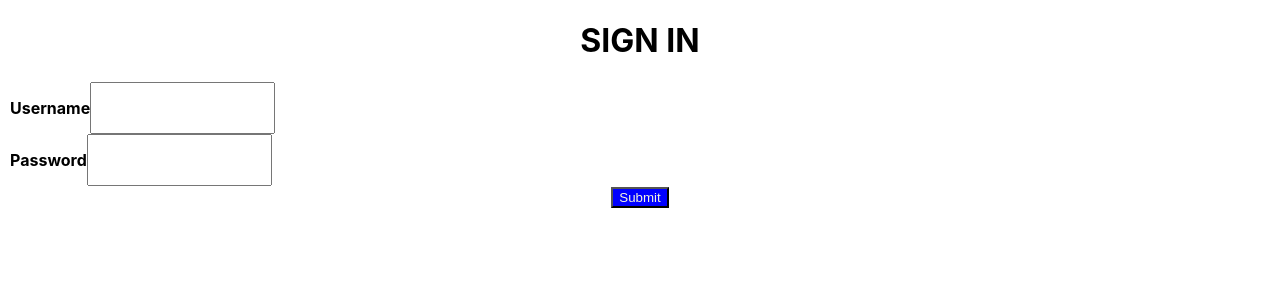
Repository: PreetiToppo/networking
Page: /
An editor plug-in stored every save of this project. The page is shown before and after the next save, followed by the edit.
The browser window is 1280 px wide. The pictures show the whole page.
The project was rebuilt for these pictures with package versions that can differ from the ones it lists, and the page was loaded fresh each time.

Above is the page before, as saved 2023-01-21 19:43:34.

After the next save:
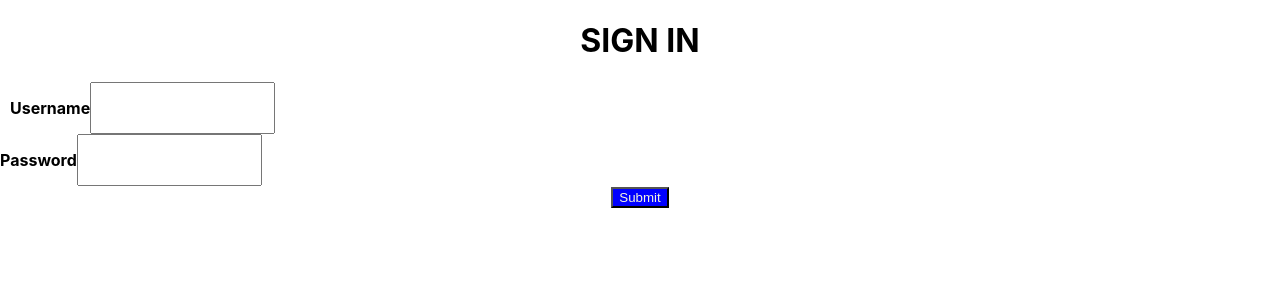
Saved 54 s later.
--- a/src/App.css
+++ b/src/App.css
@@ -8,7 +8,7 @@
 
 .pass {
   display: flex;
-  margin-left: 10px;
+  margin-left: 50%px;
 }
 
 p{
@@ -19,3 +19,7 @@ p{
   color: beige;
   background-color: blue;
 }
+
+h1{
+  align-items: ;
+}
